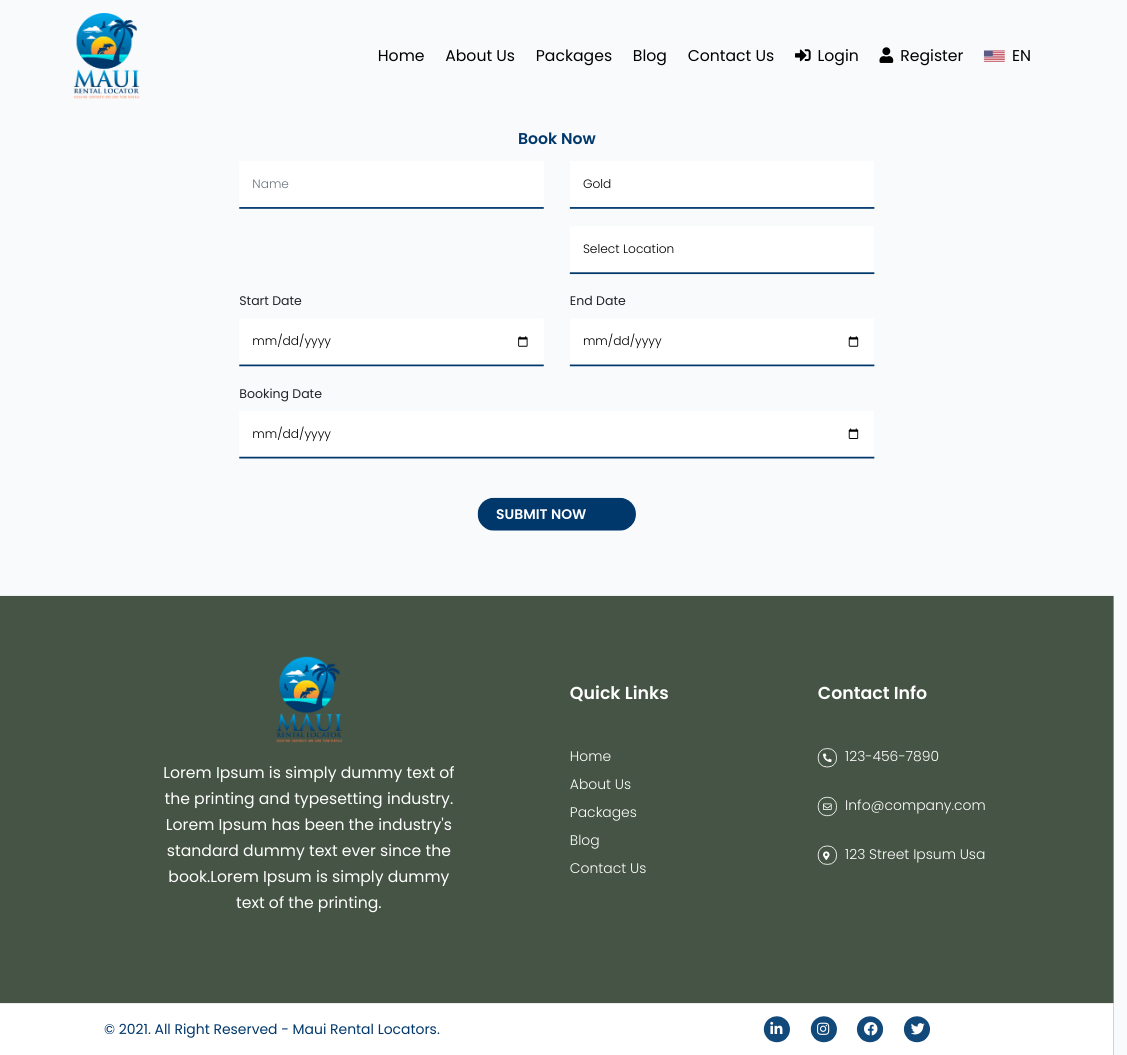
Repository: wasitmirani/laratest
Page: http://localhost/book/6
These files come from the project's save history. The page is drawn as it stood at one moment and after the next save; the edit follows.
The browser window is 1280 px wide. The page is 1295 px wide, so the pictures cover 1295 px, including what lies to the right of the window. The pictures show the whole page, at 87% of full size.
Some web libraries are served in a nearby version. The page is served by the project's Laravel application, run on PHP 8.4 with Laravel 8. The database holds what the project's SQL file puts in it.

Above is the page before, as saved 2021-06-30 12:36:08.
Console error: TypeError: Cannot read properties of undefined (reading 'settings')

After the next save:
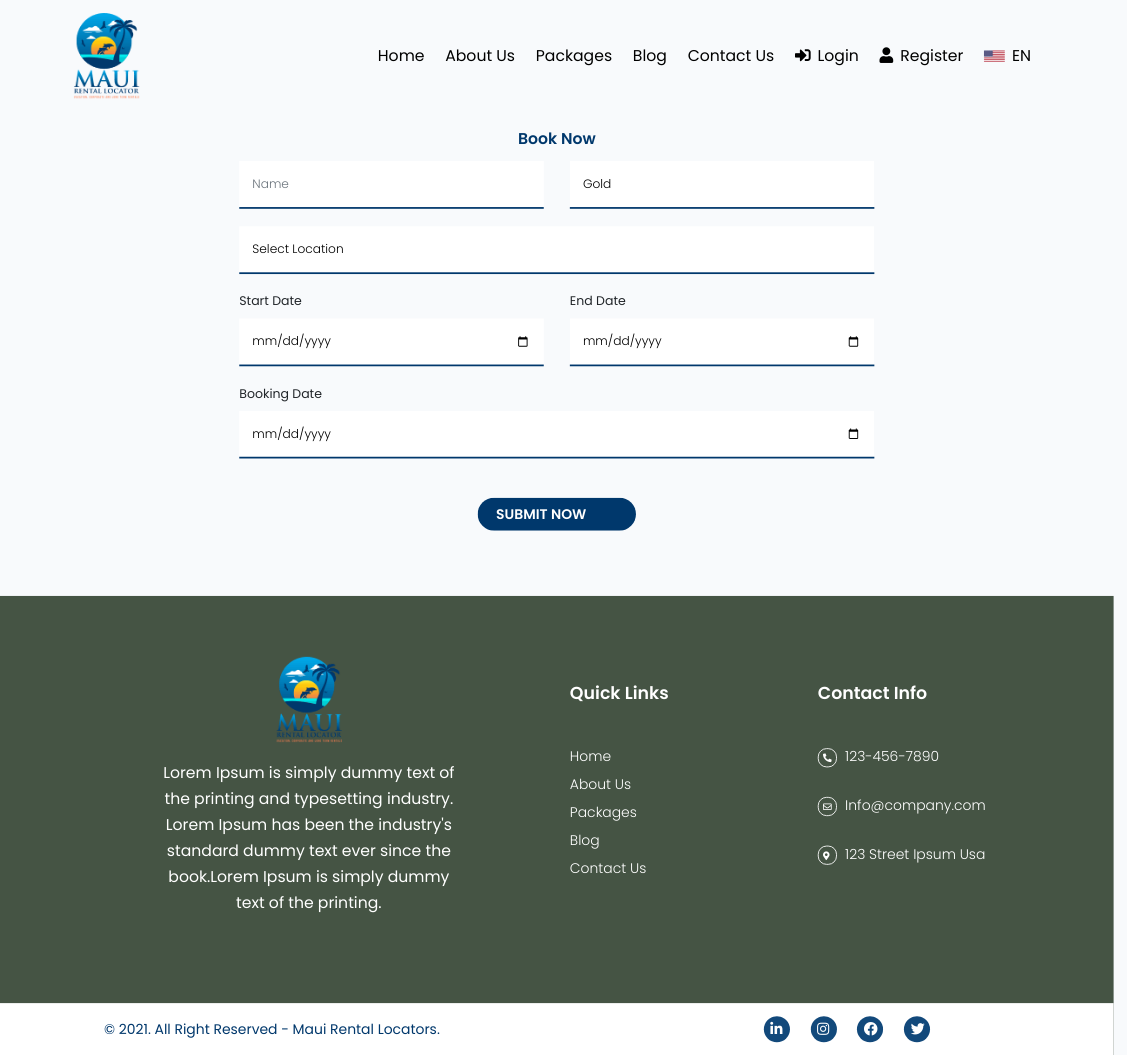
Saved 32 s later.
--- a/resources/views/frontend/pages/booking.blade.php
+++ b/resources/views/frontend/pages/booking.blade.php
@@ -57,7 +57,7 @@
 
                             </select> --}}
                         </div>
-                        <div class="col-lg-6">
+                        <div class="col-lg-12">
                             <select class="form-control" name="location_id">
                                 <option>Select Location</option>
                                 @foreach ($locations as $location)
